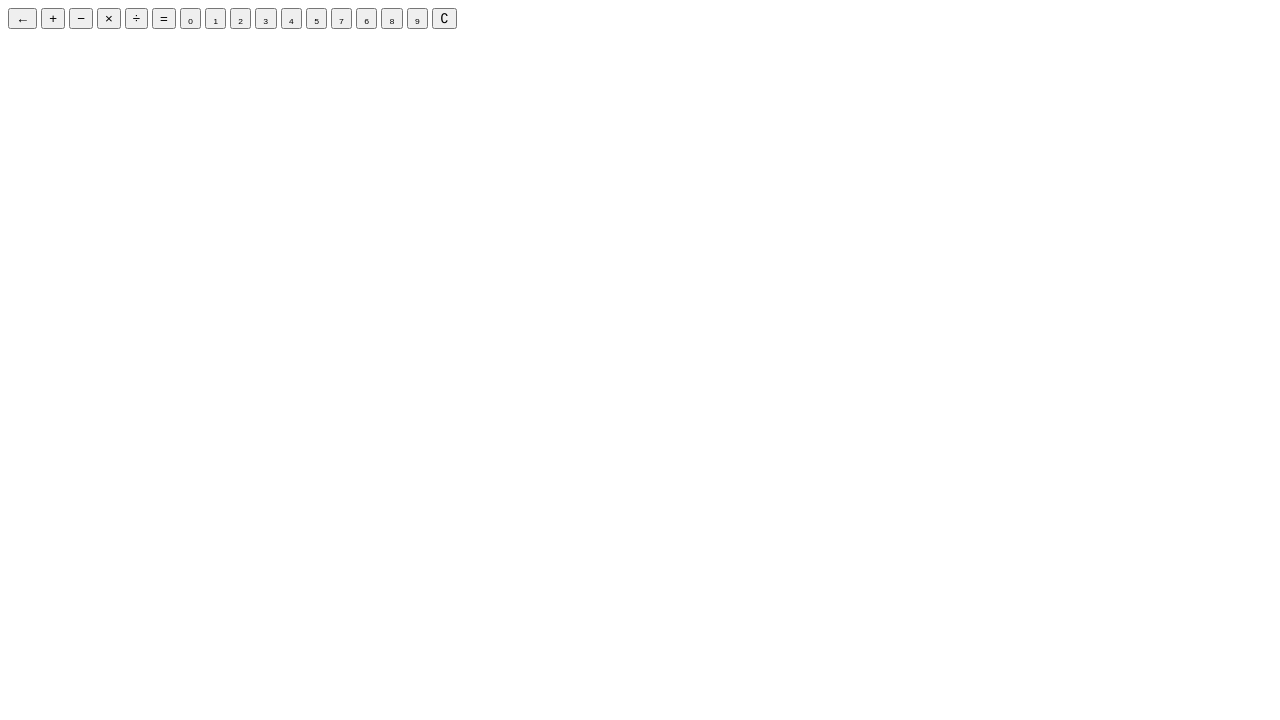
Repository: TEazy2433/LAB-calculator
Page: index.html
The author's editor kept a copy of each file at every save. The page is drawn from the files as they stood at one save, then again after the next save.
The browser window is 1280 px wide. The pictures show the whole page.

Above is the page before, as saved 2023-10-12 19:10:17.

### index.html
<!DOCTYPE html>
<html lang="en">
<head>
  <meta charset="UTF-8">
  <meta name="viewport" content="width=device-width, initial-scale=1.0">
  <title>Calculator</title>
  <link rel="stylesheet" href="main.css">
</head>
<body>
  <div class="calculator"></div>
    <div class="butoons"></div>
      <input type="button" value="&#8592;">
      <input type="button" value="&#43;">
      <input type="button" value="&#8722;">
      <input type="button" value="&#215;">
      <input type="button" value="&#247;">
      <input type="button" value="&#61;">
      <input type="button" value="&#8320;">
      <input type="button" value="&#8321;">
      <input type="button" value="&#8322;">
      <input type="button" value="&#8323;">
      <input type="button" value="&#8324;">
      <input type="button" value="&#8325;">
      <input type="button" value="&#8327;">
      <input type="button" value="&#8326;">
      <input type="button" value="&#8328;">
      <input type="button" value="&#8329;">
      <input type="button" value="&#8705;">



</body>
</html>

### main.css
.body{
  background-color: white;
  display: grid;
  height: 100vh;
  place-items: center;
}

After the next save:
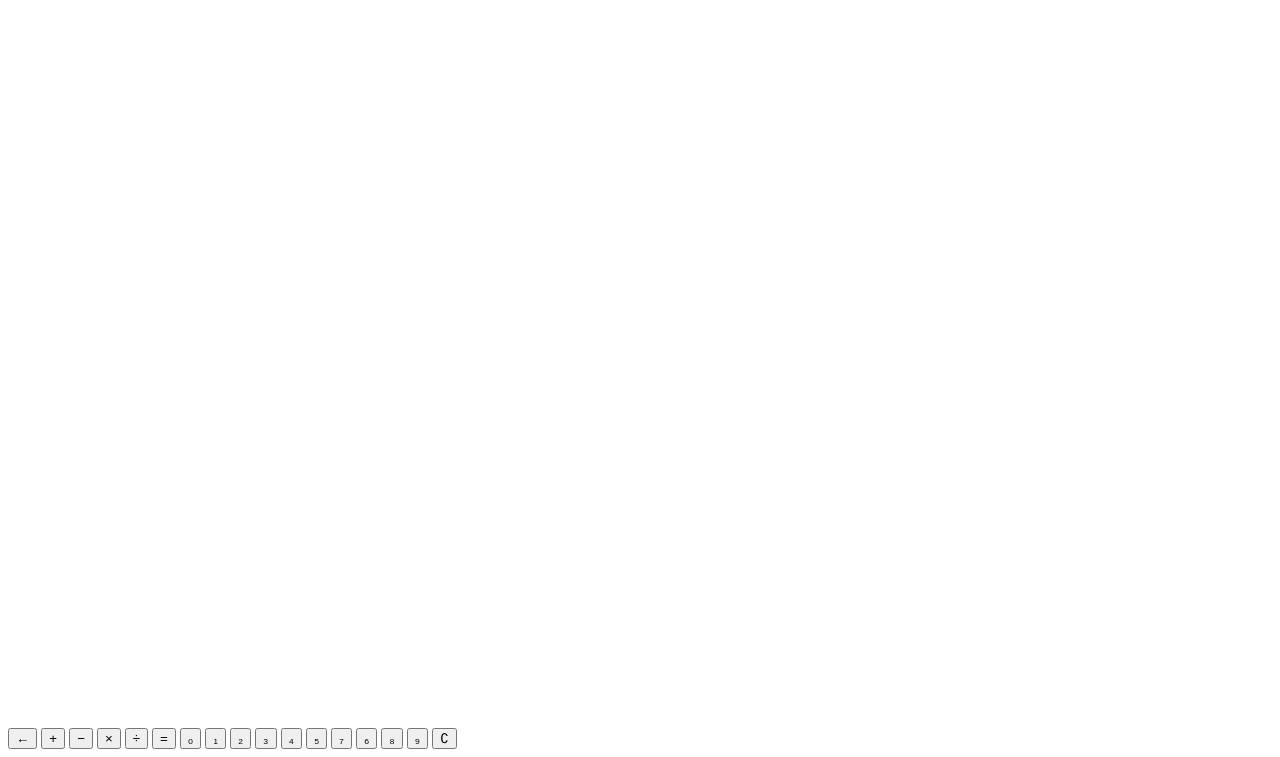
Saved 39 s later.
--- a/main.css
+++ b/main.css
@@ -1,4 +1,4 @@
-.body{
+.butoons{
   background-color: white;
   display: grid;
   height: 100vh;
